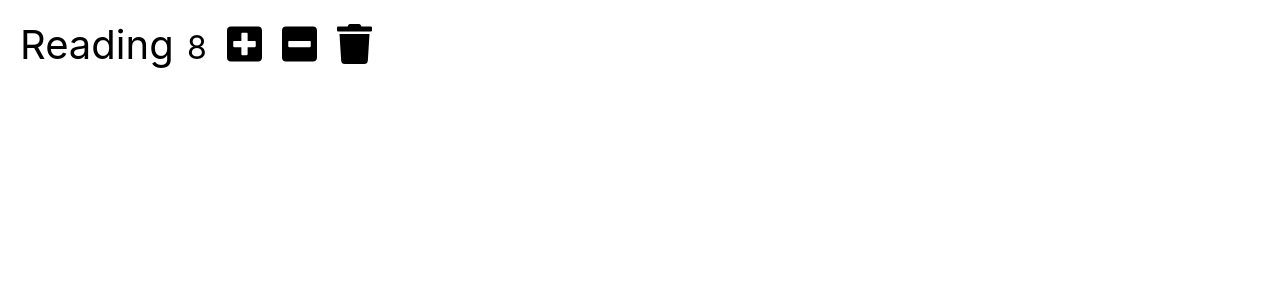
Repository: keehoonjung/react-habit-tracker
Page: / (app in react/habit-tracker/)
The author's editor kept a copy of each file at every save. The page is drawn from the files as they stood at one save, then again after a run of saves.
The browser window is 1280 px wide. The pictures show the whole page.
The project was rebuilt for these pictures with package versions that can differ from the ones it lists, and the page was loaded fresh each time.

Above is the page before, as saved 2021-08-30 16:20:08.

### react/habit-tracker/public/index.html
<!DOCTYPE html>
<html lang="en">
  <head>
    <meta charset="utf-8" />
    <link rel="icon" href="%PUBLIC_URL%/favicon.ico" />
    <meta name="viewport" content="width=device-width, initial-scale=1" />
    <meta name="theme-color" content="#000000" />
    <meta
      name="description"
      content="Web site created using create-react-app"
    />
    <link rel="apple-touch-icon" href="%PUBLIC_URL%/logo192.png" />
    <title>App</title>
  </head>
  <body>
    <noscript>You need to enable JavaScript to run this app.</noscript>
    <div id="root"></div>
  </body>
</html>

### react/habit-tracker/src/app.jsx
import React from "react";
import "./app.css";
import Habit from "./components/habit";

function App() {
  return <Habit />;
}

export default App;

### react/habit-tracker/src/app.css
button {
  outline: none;
  border: 0;
  cursor: pointer;
}

.habit {
  font-size: 2.5rem;
  padding: 0.5em;
  list-style: none;
}

.habit-count {
  display: inline-block;
  text-align: center;
  width: 2.5rem;
  height: 2.5rem;
  line-height: 2.5rem;
  font-size: 2rem;
  margin-left: 0.2rem;
}

.habit-button {
  font-size: 2.5rem;
  margin: 0 0.1em;
  background-color: transparent;
}

.habit-button:hover {
  opacity: 0.8;
}

.habit-increase,
.habit-decrease {
  color: goldenrod;
}

.habit-delete {
  color: darkred;
}

### react/habit-tracker/src/components/habit.jsx
import React, { Component } from "react";

class Habit extends Component {
  render() {
    return (
      <li className="habit">
        <span className="habit-name">Reading</span>
        <span className="habit-count">8</span>
        <button className="habit-button haibit-increase">
          <i className="fas fa-plus-square"></i>
        </button>
        <button className="habit-button haibit-decrease">
          <i className="fas fa-minus-square"></i>
        </button>
        <button className="habit-button haibit-delete">
          <i className="fas fa-trash"></i>
        </button>
      </li>
    );
  }
}

export default Habit;

Loaded but not shown: react/habit-tracker/src/index.js (common file); react/habit-tracker/src/index.css (common file)

After the next 2 saves:
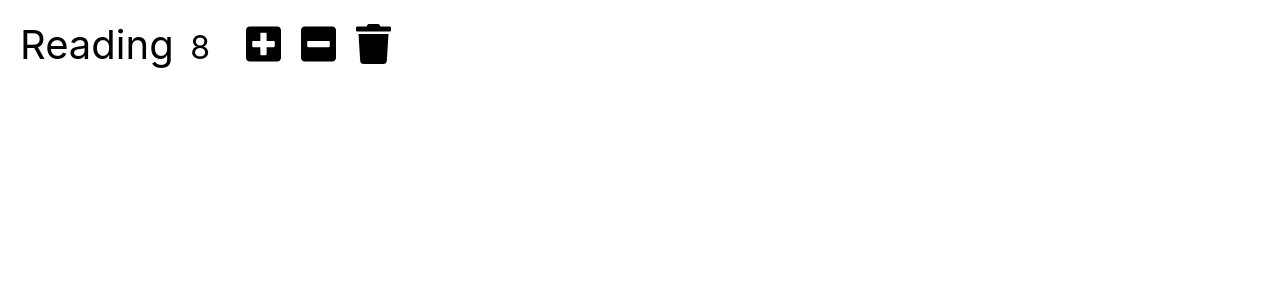
The 2 saves are shown as one change because they came seconds apart.
The last was saved 10 s later.
--- a/react/habit-tracker/src/app.css
+++ b/react/habit-tracker/src/app.css
@@ -17,7 +17,8 @@ button {
   height: 2.5rem;
   line-height: 2.5rem;
   font-size: 2rem;
-  margin-left: 0.2rem;
+  margin-left: 0.2em;
+  margin-right: 0.5em;
 }
 
 .habit-button {
